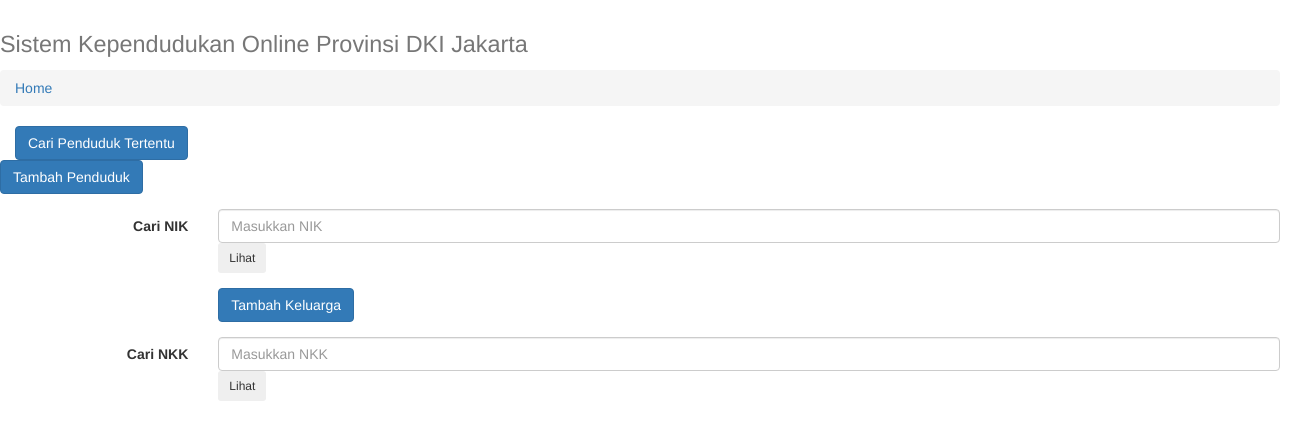
Repository: apap-2017/tugas1_1406544135
Page: http://localhost/index
The author's editor kept a copy of each file at every save. The page is drawn from the files as they stood at one save, then again after the next save.
The browser window is 1280 px wide. The page is 1295 px wide, so the pictures cover 1295 px, including what lies to the right of the window. The pictures show the whole page.
The page is this project's Thymeleaf template; nobody is signed in. The template is opened directly, without the code that normally fills it, so the values that code supplies are empty.

Above is the page before, as saved 2017-10-22 10:38:55.

### Tugas1_1406544135/src/main/resources/templates/index.html
<!DOCTYPE HTML>
<html xmlns="http://www.w3.org/1999/xhtml"
	xmlns:th="http://www.thymeleaf.org">
<head>
<title>Siduk DKI</title>
<meta http-equiv="Content-Type" content="text/html; charset=UTF-8" />
<link href="../../static/css/bootstrap.min.css" rel="stylesheet"
	th:href="@{/css/bootstrap.min.css}" />
</head>

<body>
	<section class="content-header">
		<h1>
			<small>Sistem Kependudukan Online Provinsi DKI Jakarta</small>
		</h1>

		<ol class="breadcrumb">
			<li><a th:href="@{/}">Home</a></li>
		</ol>
	</section>

			<div class="col-sm-10">
				<div class="pull-left">
					<a th:href="@{/penduduk/cari/}"
						class="btn btn-primary btn-block btn-flat">Cari Penduduk Tertentu</a>
				</div>
			</div>

	<form class="form-horizontal" method="get">
		<div class="form-group">
			<label class="col-sm-2 control-label"></label>
			<div class="col-sm-10">
				<div class="pull-left">
					<a th:href="@{/penduduk/tambah/}"
						class="btn btn-primary btn-block btn-flat">Tambah Penduduk</a>
				</div>
			</div>
		</div>
	</form>


	<form class="form-horizontal" action="/penduduk" method="get">
		<div class="form-group">
			<label class="col-sm-2 control-label">Cari NIK</label>
			<div class="col-sm-10">
				<input type="text" name="nik" class="form-control"
					placeholder="Masukkan NIK" />
				<button type="submit" class="btn btn-sm bg-teal pull-left"
					name="action" value="save">Lihat</button>
				<label th:text="${errorNIKArgs}"></label>
			</div>
		</div>
	</form>

	<form class="form-horizontal" method="get">
		<div class="form-group">
			<label class="col-sm-2 control-label"></label>
			<div class="col-sm-10">
				<div class="pull-left">
					<a th:href="@{/keluarga/tambah/}"
						class="btn btn-primary btn-block btn-flat">Tambah Keluarga</a>
				</div>
			</div>
		</div>
	</form>

	<form class="form-horizontal" action="/keluarga" method="get">
		<div class="form-group">
			<label class="col-sm-2 control-label">Cari NKK</label>
			<div class="col-sm-10">
				<input type="text" name="nkk" class="form-control"
					placeholder="Masukkan NKK" />
				<button type="submit" class="btn btn-sm bg-teal pull-left"
					name="action" value="save">Lihat</button>
				<label th:text="${errorNKKArgs}"></label>
			</div>
		</div>
	</form>

</body>

</html>

Loaded but not shown: Tugas1_1406544135/src/main/resources/static/css/bootstrap.min.css (library)

After the next save:
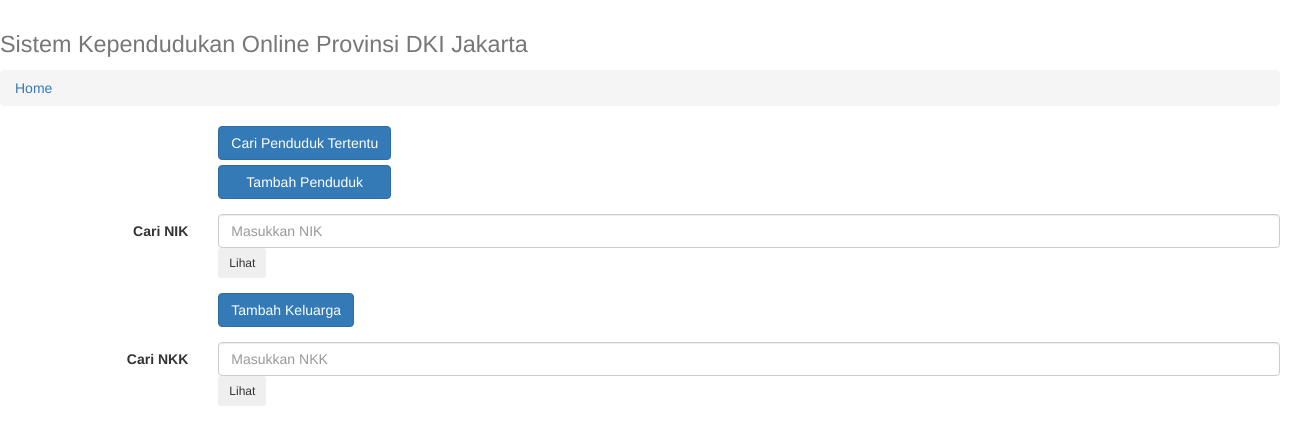
Saved 23 s later.
--- a/Tugas1_1406544135/src/main/resources/templates/index.html
+++ b/Tugas1_1406544135/src/main/resources/templates/index.html
@@ -19,18 +19,13 @@
 		</ol>
 	</section>
 
-			<div class="col-sm-10">
-				<div class="pull-left">
-					<a th:href="@{/penduduk/cari/}"
-						class="btn btn-primary btn-block btn-flat">Cari Penduduk Tertentu</a>
-				</div>
-			</div>
-
 	<form class="form-horizontal" method="get">
 		<div class="form-group">
 			<label class="col-sm-2 control-label"></label>
 			<div class="col-sm-10">
 				<div class="pull-left">
+				<a th:href="@{/penduduk/cari/}"
+						class="btn btn-primary btn-block btn-flat">Cari Penduduk Tertentu</a>
 					<a th:href="@{/penduduk/tambah/}"
 						class="btn btn-primary btn-block btn-flat">Tambah Penduduk</a>
 				</div>
